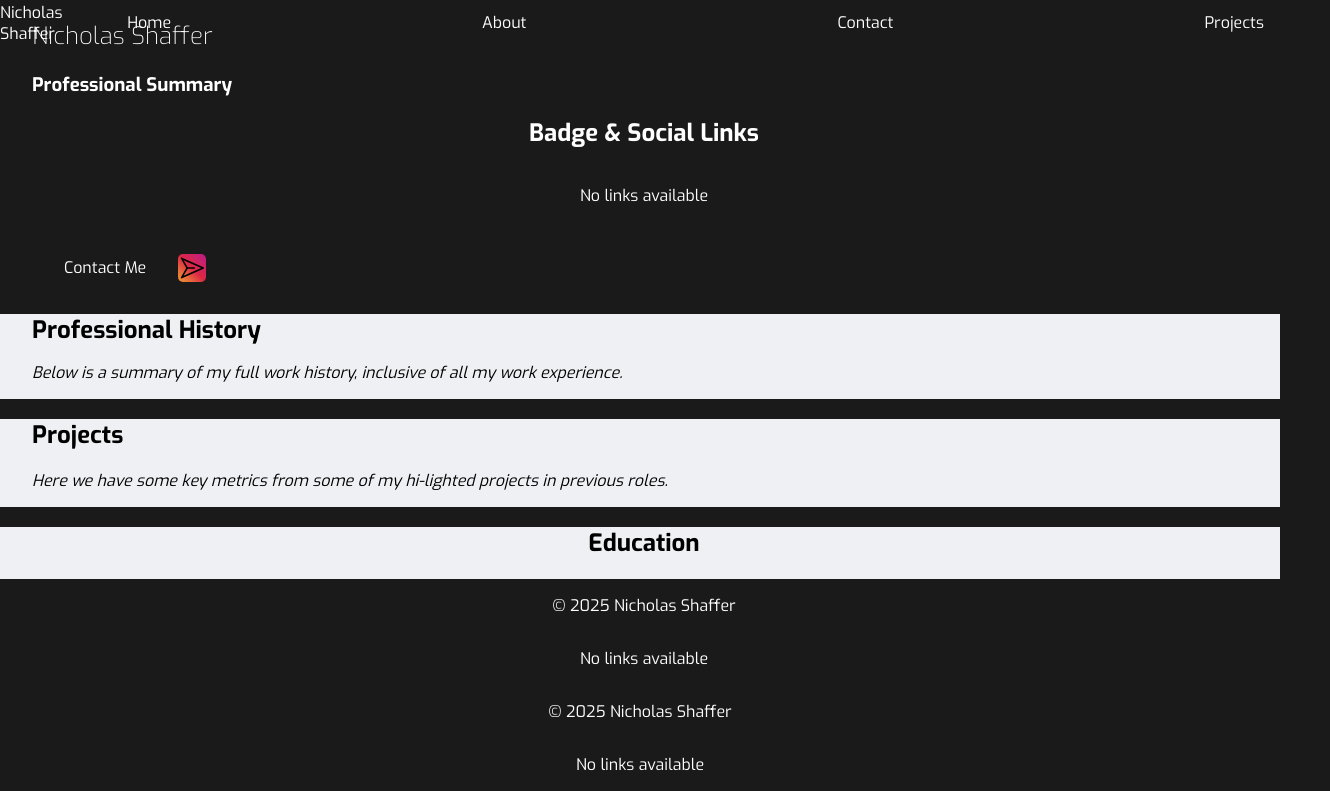
Repository: ShafferNick/nicholas_portfolio
Page: /
An editor plug-in stored every save of this project. The page is shown before and after the next save, followed by the edit.
The browser window is 1280 px wide. The page is 1280 px wide, then 1330 px, so the pictures cover 1330 px, including what lies to the right of the window. The pictures show the whole page.
The page's requests for data from a server got no answer. The project was rebuilt for these pictures with package versions that can differ from the ones it lists, and the page was loaded fresh each time. The framework's server and built-in components were replaced by stand-ins that run in the browser. No one was signed in, and anything a server would have sent is missing. Also part of the build but not shown: next.config.ts, src/app/components/Contact.tsx.

Above is the page before, as saved 2025-03-19 13:51:17.

### src/app/layout.tsx
import './globals.css';
import type { Metadata } from 'next';
import NavbarClient from './components/NavbarClient';
import FooterClient from './components/FooterClient';

export const metadata: Metadata = {
  title: "Nicholas Shaffer Portfolio",
  description: "Portfolio of Nicholas Shaffer",
};

export default function RootLayout({ children }: Readonly<{ children: React.ReactNode }>) {
  return (
    <html lang="en">
      <body className="flex flex-col min-h-screen w-full overflow-x-hidden" suppressHydrationWarning>
        {/* Navbar */}
        <NavbarClient />

        {/* Main Content - Full width with increased padding */}
        <main className="flex-grow w-full overflow-x-hidden px-12 md:px-20">
          {children}
        </main>

        {/* Footer */}
        <FooterClient />
      </body>
    </html>
  );
}

### src/app/page.tsx
import { client } from '@/app/sanityClient';
import Image from 'next/image';
import Hero from './components/Hero';
import Links from './components/Links';
import ProfessionalHistory from './components/ProfessionalHistory';
import Projects from './components/Projects';
import Education from './components/Education';
import ContactMe from './components/ContactMe'; // Import the new component
import FooterClient from './components/FooterClient';
import { SanityImageSource } from '@/types/sanity-types';

type Job = {
  _id: string;
  title: string;
  dates: { startDate: string; endDate: string | null };
  description: string[];
  location: string;
  companyLogo?: SanityImageSource;
};

type Project = {
  _id: string;
  title: string;
  timeline: { startDate: string; endDate: string | null };
  summary: string;
  description: string[];
};

type Profile = {
  _id: string;
  summary: string;
};

type Link = {
  _id: string;
  title: string;
  url: string;
  icon: string;
};

type EducationEntry = {
  _id: string;
  institution: string;
  major: string;
  gpa: number;
  activities: string[];
  dates: { startDate: string; endDate: string | null };
};

async function getData() {
  try {
    const profile = await client.fetch<Profile[]>(`*[_type == "profile"]`);
    const jobs = await client.fetch<Job[]>(
      `*[_type == "job"] {
        _id,
        title,
        dates,
        description,
        location,
        companyLogo {
          ...,
          asset->
        }
      } | order(dates.startDate desc)`
    );
    const projects = await client.fetch<Project[]>(
      `*[_type == "project"] {
        _id,
        title,
        timeline,
        summary,
        description
      } | order(timeline.startDate desc)`
    );
    const links = await client.fetch<Link[]>(`*[_type == "link"]`);
    const education = await client.fetch<EducationEntry[]>(
      `*[_type == "education"] {
        _id,
        institution,
        major,
        gpa,
        activities,
        dates
      } | order(dates.startDate desc)`
    );
    console.log('Fetched links in getData:', links);
    console.log('Fetched education in getData:', education);
    return { profile: profile[0], jobs, projects, links, education };
  } catch (error) {
    console.error('Error fetching data from Sanity:', error);
    return { profile: { _id: '', summary: '' }, jobs: [], projects: [], links: [], education: [] };
  }
}

export default async function Home() {
  const data = await getData();
  const { profile, jobs, projects, links, education } = data;

  console.log('Links in Home (before rendering):', links);
  console.log('Education in Home (before rendering):', education);

  const safeLinks = Array.isArray(links) ? links : [];

  return (
    <>
      {/* Hero Section */}
      <Hero summary={profile.summary} />

      {/* Badge & Social Links Section */}
      <Links links={safeLinks} />

      {/* Contact Me Section */}
      <ContactMe onContactClick={() => {}} />

      {/* Professional History Section */}
      <ProfessionalHistory jobs={jobs} />

      {/* Projects Section */}
      <Projects projects={projects} />

      {/* Education Section */}
      <Education education={education} />

      {/* Footer Section */}
      <FooterClient links={safeLinks} />
    </>
  );
}

### src/app/components/NavbarClient.tsx
'use client';
import React, { useState } from 'react';
import Link from 'next/link';
import { usePathname } from 'next/navigation';

type NavbarClientProps = {
  onContactClick: () => void;
};

export default function NavbarClient({ onContactClick }: NavbarClientProps) {
  const [isMobileMenuOpen, setIsMobileMenuOpen] = useState(false);
  const pathname = usePathname();

  const navLinks = [
    { name: 'Home', href: '/' },
    { name: 'About', href: '/about' },
    { name: 'Contact', href: '#', onClick: onContactClick },
    { name: 'Projects', href: '/projects' },
  ];

  const toggleMobileMenu = () => {
    setIsMobileMenuOpen(!isMobileMenuOpen);
  };

  return (
    <nav className="bg-gray-800 text-white p-4 fixed w-full top-0 z-50">
      <div className="max-w-4xl mx-auto flex justify-between items-center">
        <div className="text-lg font-bold">Nicholas Shaffer</div>

        {/* Desktop Menu */}
        <div className="desktop-menu hidden md:flex space-x-4">
          {navLinks.map((link) => (
            <Link
              key={link.name}
              href={link.href}
              className={`nav-link ${pathname === link.href ? 'active-link' : ''}`}
              onClick={(e) => {
                if (link.onClick) {
                  e.preventDefault();
                  link.onClick();
                }
              }}
            >
              {link.name}
            </Link>
          ))}
        </div>

        {/* Mobile Menu Toggle */}
        <div className="mobile-menu-toggle md:hidden">
          <button onClick={toggleMobileMenu} aria-label="Toggle mobile menu">
            <span className="block w-6 h-0.5 bg-white mb-1.5"></span>
            <span className="block w-6 h-0.5 bg-white mb-1.5"></span>
            <span className="block w-6 h-0.5 bg-white"></span>
          </button>
        </div>

        {/* Mobile Menu */}
        <div
          className={`mobile-menu md:hidden fixed top-0 right-0 w-3/4 h-full bg-gray-900 p-4 transform transition-transform duration-300 ${
            isMobileMenuOpen ? 'translate-x-0' : 'translate-x-full'
          }`}
        >
          <button
            onClick={toggleMobileMenu}
            className="close-button text-white text-2xl"
            aria-label="Close mobile menu"
          >
            ×
          </button>
          <div className="flex flex-col space-y-4 mt-12">
            {navLinks.map((link) => (
              <Link
                key={link.name}
                href={link.href}
                className={`text-white text-lg ${pathname === link.href ? 'active-link' : ''}`}
                onClick={(e) => {
                  if (link.onClick) {
                    e.preventDefault();
                    link.onClick();
                    toggleMobileMenu();
                  } else {
                    toggleMobileMenu();
                  }
                }}
              >
                {link.name}
              </Link>
            ))}
          </div>
        </div>
      </div>
    </nav>
  );
}

### src/app/components/FooterClient.tsx
'use client';
import Links from './Links';

type Link = {
  _id: string;
  title: string;
  url: string;
  icon: string;
};

type FooterClientProps = {
  links?: Link[];
};

export default function FooterClient({ links = [] }: FooterClientProps) {
  console.log('Links in FooterClient:', links); // Debug log
  return (
    <footer className="bg-gray-800 text-white py-6 text-center w-full">
      <div className="flex flex-col items-center gap-4">
        <p>© 2025 Nicholas Shaffer</p>
        <Links links={links} isFooter={true} />
      </div>
    </footer>
  );
}

### src/app/sanityClient.ts
import { createClient } from '@sanity/client';

console.log('Project ID:', process.env.NEXT_PUBLIC_SANITY_PROJECT_ID);
console.log('Dataset:', process.env.NEXT_PUBLIC_SANITY_DATASET);

if (!process.env.NEXT_PUBLIC_SANITY_PROJECT_ID) {
  throw new Error('NEXT_PUBLIC_SANITY_PROJECT_ID is not set. Check .env.local or Vercel env variables.');
}

export const client = createClient({
  projectId: process.env.NEXT_PUBLIC_SANITY_PROJECT_ID,
  dataset: process.env.NEXT_PUBLIC_SANITY_DATASET || 'production',
  apiVersion: '2023-05-03', // Fixed to a valid version
  useCdn: true,
});

### src/app/components/Hero.tsx
import React from 'react';

type HeroProps = {
  summary: string;
};

export default function Hero({ summary }: HeroProps) {
    return (
        <section className="hero-custom-black py-20 md:py-28 text-left animate-slide-in">
            <div className="max-w-4xl mx-auto px-8 md:px-12">
                <h1 className="text-5xl md:text-6xl font-extralight mb-6" style={{ fontWeight: 200 }}>
                    Nicholas Shaffer
                </h1>
                <div className="max-w-2xl mb-8">
                    <h3 className="text-lg md:text-xl font-bold mb-4" style={{ fontWeight: 700 }}>
                        Professional Summary
                    </h3>
                    <p className="text-base md:text-lg leading-relaxed font-extralight" style={{ fontWeight: 200 }}>
                        {summary}
                    </p>
                </div>
            </div>
        </section>
    );
}

### src/app/components/ProfessionalHistory.tsx
'use client';
import React from 'react';
import Slider from 'react-slick';
import Image from 'next/image';
import { urlFor } from '@/app/sanityImageUrl'; // Updated to match subdirectory
import { SanityImageSource } from '@/app/types/sanity-types';

type Job = {
  _id: string;
  title: string;
  dates: { startDate: string; endDate: string | null };
  description: string[];
  location: string;
  companyLogo?: SanityImageSource;
};

type ProfessionalHistoryProps = {
  jobs: Job[];
};

export default function ProfessionalHistory({ jobs }: ProfessionalHistoryProps) {
  const settings = {
    dots: true,
    infinite: true,
    speed: 500,
    slidesToShow: 1,
    slidesToScroll: 1,
    arrows: true,
    responsive: [
      {
        breakpoint: 768,
        settings: {
          slidesToShow: 1,
          slidesToScroll: 1,
          arrows: false,
        },
      },
    ],
  };



  return (
    <section className="professional-history-section py-16 bg-[#EFF0F3] animate-slide-in w-full professional-history-spacing">
      <div className="max-w-4xl mx-auto">
        <h2 className="text-5xl md:text-6xl font-bold text-left pt-8 md:pt-12">Professional History</h2>
        <p className="text-sm italic">Below is a summary of my full work history, inclusive of all my work experience.</p>
        <Slider {...settings}>
          {jobs.map((job) => (
            <div key={job._id} className="px-2">
              <div className="bg-white shadow-lg rounded-lg p-6 flex flex-col min-h-[500px] transition-transform duration-300 hover:shadow-xl">
                <div className="flex-1">
                  <h3 className="text-xl md:text-2xl font-bold mb-2">{job.title}</h3>
                  <p className="mb-2 text-sm italic">
                    {job.dates.startDate} - {job.dates.endDate || 'Present'} | {job.location}
                  </p>
                  <ul className="list-disc list-inside text-sm space-y-2 mb-4">
                    {job.description.map((bullet, index) => (
                      <li key={index}>{bullet}</li>
                    ))}
                  </ul>
                  <div className="flex justify-center mt-auto">
                    {job.companyLogo ? (
                      <Image
                        src={urlFor(job.companyLogo).fit('max').width(200).url()}
                        alt={`${job.title} company logo`}
                        width={200}
                        height={200}
                        unoptimized={true}
                        className="object-contain"
                        style={{ maxHeight: '120px' }}
                      />
                    ) : (
                      <div className="h-32 w-32 bg-gray-300 rounded-lg"></div>
                    )}
                  </div>
                </div>
              </div>
            </div>
          ))}
        </Slider>
      </div>
    </section>
  );
}

### src/app/components/Projects.tsx
'use client';
import React from 'react';
import Slider from 'react-slick';
import Image from 'next/image';
import { urlFor } from '@/app/sanityImageUrl';
import { SanityImageSource } from '@/app/types/sanity-types';

type Project = {
  _id: string;
  title: string;
  timeline: { startDate: string; endDate: string | null };
  summary: string;
  description: string[];
};

type ProjectsProps = {
  projects: Project[];
};

export default function Projects({ projects }: ProjectsProps) {
  const settings = {
    dots: true,
    infinite: true,
    speed: 500,
    slidesToShow: 1,
    slidesToScroll: 1,
    arrows: true,
    responsive: [
      {
        breakpoint: 768,
        settings: {
          slidesToShow: 1,
          slidesToScroll: 1,
          arrows: false,
        },
      },
    ],
  };

  return (
    <section className="projects-section py-16 bg-[#EFF0F3] text-black animate-slide-in w-full">
      <div className="max-w-4xl mx-auto">
              <h2 className="text-5xl md:text-6xl font-bold text-left pt-8 md:pt-12">Projects</h2>
              <p className="text-sm italic">Here we have some key metrics from some of my hi-lighted projects in previous roles.</p>
        <Slider {...settings}>
          {projects.map((project) => (
            <div key={project._id} className="px-2">
              <div className="bg-gray-200 shadow-lg rounded-lg p-6 flex flex-col min-h-[400px] transition-transform duration-300 hover:shadow-xl">
                <div className="flex-1">
                  <h3 className="text-xl md:text-2xl font-medium mb-2">{project.title}</h3>
                  <p className="mb-2 text-sm italic">
                    {project.timeline.startDate} - {project.timeline.endDate || 'Present'}
                  </p>
                  <p className="text-gray-600 mb-4">{project.summary}</p>
                  <ul className="list-disc list-inside text-sm space-y-2 mb-6">
                    {project.description.map((desc, index) => (
                      <li key={index} className="leading-relaxed">
                        {desc}
                      </li>
                    ))}
                  </ul>
                </div>
                <div className="flex justify-center mt-auto">
                  {/* Placeholder for project image - you can add an image field to the schema if desired */}
                  <div className="w-32 h-32 bg-gray-300 rounded-lg"></div>
                </div>
              </div>
            </div>
          ))}
        </Slider>
      </div>
    </section>
  );
}

### src/app/components/Education.tsx
'use client';
import React from 'react';

type EducationEntry = {
  _id: string;
  institution: string;
  major: string;
  gpa: number;
  activities: string[];
  dates: { startDate: string; endDate: string | null };
};

type EducationProps = {
  education: EducationEntry[];
};

export default function Education({ education }: EducationProps) {
  return (
    <section className="education-section py-16 bg-[#EFF0F3] text-black animate-slide-in w-full">
      <div className="max-w-4xl mx-auto">
        <h2 className="text-3xl md:text-4xl font-bold mb-12 text-center">Education</h2>
        <div className="bg-white shadow-lg rounded-lg p-6">
          <div className="grid grid-cols-1 md:grid-cols-2 gap-8">
            {education.map((entry) => (
              <div key={entry._id} className="flex flex-col">
                <h3 className="text-xl md:text-2xl font-bold mb-2">{entry.institution}</h3>
                <p className="mb-2 text-sm italic">
                  {entry.major} | {entry.dates.startDate} - {entry.dates.endDate || 'Present'}
                </p>
                <p className="text-sm mb-2">GPA: {entry.gpa}</p>
                <ul className="list-disc list-inside text-sm space-y-2">
                  {entry.activities.map((activity, index) => (
                    <li key={index} className="leading-relaxed">
                      {activity}
                    </li>
                  ))}
                </ul>
              </div>
            ))}
          </div>
        </div>
      </div>
    </section>
  );
}

### src/app/components/ContactMe.tsx
'use client';
import React, { useState } from 'react';
import Image from 'next/image';
import Contact from './Contact';

export default function ContactMe() {
  const [isFormOpen, setIsFormOpen] = useState(false);

  const openForm = () => setIsFormOpen(true);
  const closeForm = () => setIsFormOpen(false);

  return (
    <>
      <section className="contact-section">
        <div className="max-w-4xl mx-auto">
          <div className="contact-me cursor-pointer" onClick={openForm}>
            <span>Contact Me</span>
            <Image
              src="/paper-plane-svgrepo-com.svg"
              alt="Contact Icon"
              width={24}
              height={24}
              className="contact-icon"
            />
          </div>
        </div>
      </section>
      {isFormOpen && (
        <div className="fixed inset-0 flex items-center justify-center z-50">
          {/* Dark overlay */}
          <div
            className="absolute inset-0 bg-black opacity-50"
            onClick={closeForm}
          ></div>
          {/* Form container */}
          <div className="relative bg-white p-6 rounded-lg shadow-lg w-full max-w-md mx-4">
            <Contact onClose={closeForm} />
          </div>
        </div>
      )}
    </>
  );
}

### src/app/sanityImageUrl.ts
import imageUrlBuilder from '@sanity/image-url';
import { client } from '@/app/sanityClient';
import { SanityImageSource } from '@/app/types/sanity-types'; // Should resolve to src/types/sanity-types.ts

const builder = imageUrlBuilder(client);

export function urlFor(source: SanityImageSource) {
  return builder.image(source);
}

### src/app/components/ContactWrapper.tsx
'use client';
import React, { useState } from 'react';
import NavbarClient from './NavbarClient';
import ContactMe from './ContactMe';

type ContactWrapperProps = {
  children: React.ReactNode;
};

export default function ContactWrapper({ children }: ContactWrapperProps) {
  const [isFormOpen, setIsFormOpen] = useState(false);

  const openForm = () => setIsFormOpen(true);

  return (
    <>
      <NavbarClient onContactClick={openForm} />
      <ContactMe onContactClick={openForm} />
      {children}
    </>
  );
}

Loaded but not shown: src/app/globals.css (529 lines, source omitted); src/app/components/Links.tsx (128 lines, source omitted)

After the next save:
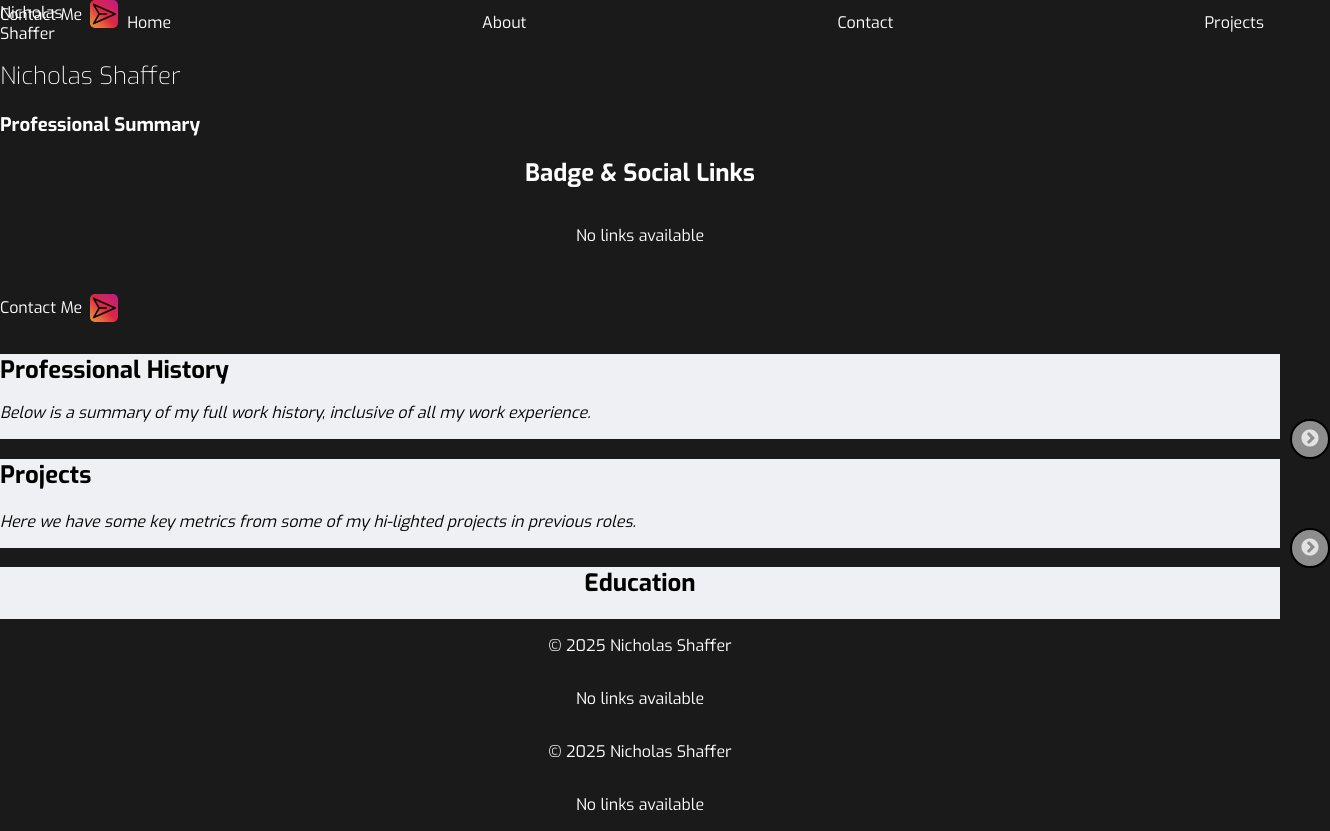
Saved 22 s later.
--- a/src/app/layout.tsx
+++ b/src/app/layout.tsx
@@ -1,27 +1,25 @@
 import './globals.css';
 import type { Metadata } from 'next';
-import NavbarClient from './components/NavbarClient';
+import ContactWrapper from './components/ContactWrapper';
 import FooterClient from './components/FooterClient';
 
 export const metadata: Metadata = {
-  title: "Nicholas Shaffer Portfolio",
-  description: "Portfolio of Nicholas Shaffer",
+  title: 'Create Next App',
+  description: 'Generated by create next app',
 };
 
-export default function RootLayout({ children }: Readonly<{ children: React.ReactNode }>) {
+export default function RootLayout({
+  children,
+}: {
+  children: React.ReactNode;
+}) {
   return (
     <html lang="en">
-      <body className="flex flex-col min-h-screen w-full overflow-x-hidden" suppressHydrationWarning>
-        {/* Navbar */}
-        <NavbarClient />
-
-        {/* Main Content - Full width with increased padding */}
-        <main className="flex-grow w-full overflow-x-hidden px-12 md:px-20">
+      <body>
+        <ContactWrapper>
           {children}
-        </main>
-
-        {/* Footer */}
-        <FooterClient />
+          <FooterClient links={[]} />
+        </ContactWrapper>
       </body>
     </html>
   );
